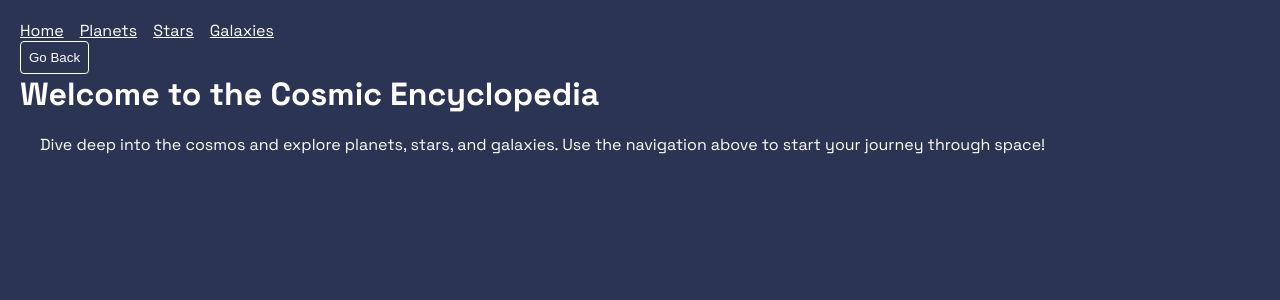
Repository: rmdayberry/Cosmic-Encyclopedia
Page: /
These files come from the project's save history. The page is drawn as it stood at one moment and after the next save; the edit follows.
The browser window is 1280 px wide. The pictures show the whole page.
The project was rebuilt for these pictures with package versions that can differ from the ones it lists, and the page was loaded fresh each time. Also part of the build but not shown: vite.config.js, src/data/celestialData.js, src/pages/ContentPage.jsx.

Above is the page before, as saved 2024-08-31 10:24:58.

After the next save:
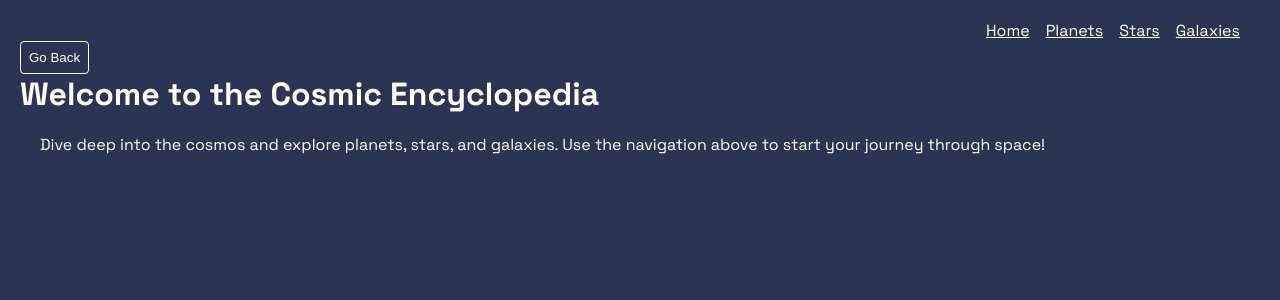
Saved 32 s later.
--- a/src/index.css
+++ b/src/index.css
@@ -31,4 +31,7 @@ button {
 nav {
   display: flex;
   gap: 16px;
+  justify-content: end;
+  max-width: 1200px;
+  margin: auto;
 }
